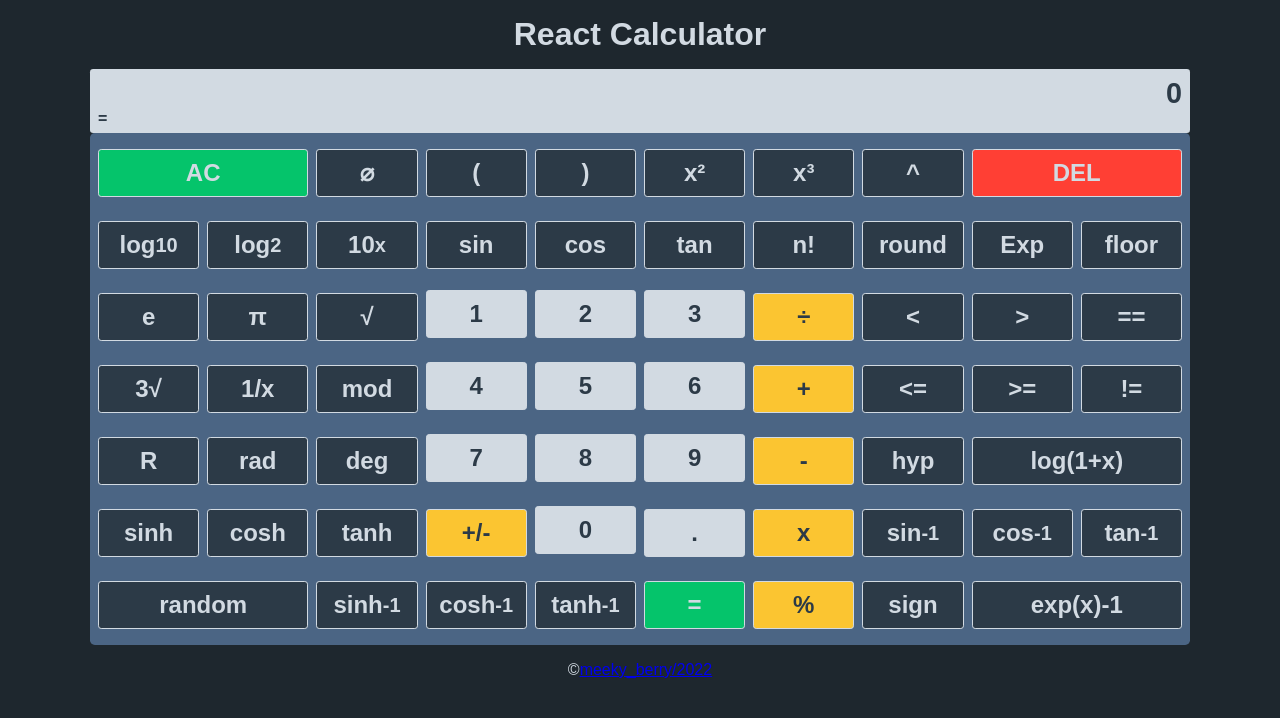
Repository: MikkyPrestige/calculator
Page: /
An editor plug-in stored every save of this project. The page is shown before and after the next save, followed by the edit.
The browser window is 1280 px wide. The pictures show the whole page.
The project was rebuilt for these pictures with package versions that can differ from the ones it lists, and the page was loaded fresh each time.

Above is the page before, as saved 2022-11-18 05:22:24.

### src/index.css
* {
  margin: 0;
  padding: 0;
  box-sizing: border-box;
}

body {
  font-family: 'Poppins', sans-serif;
  background: #1e272e;
}

.heading {
  color: #d2dae2;
  text-align: center;
  margin: 1rem;
}

.app-container {
  width: 100%;
  max-width: 1100px;
  margin: 1rem auto;
}

.display {
  background-color: #d2dae2;
  color: #2C3A47;
  height: 4rem;
  font-size: 1.8rem;
  font-weight: 700;
  display: flex;
  flex-direction: column;
  padding: .5rem;
  border-radius: .2rem;
}

.display-calc {
  display: flex;
  justify-content: flex-end;
  align-items: center;
}

.display-result {
  display: flex;
  justify-content: flex-start;
  align-items: center;
  font-size: 1rem;
  font-weight: 700;
}

.operators {
  display: grid;
  grid-template-columns: repeat(10, 1fr);
  grid-gap: .5rem;
  padding: .5rem;
  border-radius: .3rem;
  background-color: #4b6584;
  -webkit-border-radius: .3rem;
  -moz-border-radius: .3rem;
  -ms-border-radius: .3rem;
  -o-border-radius: .3rem;
}

.operator {
  background-color: #2C3A47;
  color: #d2dae2;
  font-size: 1.5rem;
  font-weight: 700;
  height: 3rem;
  display: flex;
  justify-content: center;
  align-items: center;
  border-radius: .2rem;
  border: 1px solid #d2dae2;
  margin: .5rem 0;
}

.operator:hover {
  background-color: #d2dae2;
  color: #2C3A47;
  cursor: pointer;
}

.operator:active {
  background-color: #2C3A47;
  color: #d2dae2;
}

.primary--operator {
  background-color: #fbc531;
  color: #2C3A47;
  font-size: 1.5rem;
  font-weight: 700;
  height: 3rem;
  display: flex;
  justify-content: center;
  align-items: center;
  border-radius: .2rem;
  border: 1px solid #d2dae2;
  margin: .5rem 0;
}
.digit {
  background-color: #d2dae2;
  color: #2C3A47;
  font-size: 1.5rem;
  font-weight: 700;
  height: 3rem;
  display: flex;
  justify-content: center;
  align-items: center;
  border-radius: .2rem;
  border: 1px solid #d2dae2;
  margin: .3rem 0;
}

.digit:hover {
  background-color: #2C3A47;
  color: #d2dae2;
  cursor: pointer;
}

.digit:active {
  background-color: #d2dae2;
  color: #2C3A47;
}

.clear {
  background-color: #05c46b;
  color: #d2dae2;
  grid-column: 1 / 3;
  grid-row: 1 / 2;
}

.clear:hover {
  background-color: #d2dae2;
  color: #05c46b;
}

.clear:active {
  background-color: #05c46b;
  color: #d2dae2;
}

.delete {
  background-color: #ff3f34;
  color: #d2dae2;
  grid-column: 9 / -1;
  grid-row: 1 / 2;
}

.delete:hover {
  background-color: #d2dae2;
  color: #ff3f34;
}

.delete:active {
  background-color: #ff3f34;
  color: #d2dae2;
}

.equalTo {
  background-color: #05c46b;
  color: #d2dae2;
  grid-column: 6 / 7;
  grid-row: 7 / 8;
}

.equal:hover {
  background-color: #d2dae2;
  color: #05c46b;
}

.equal:active {
  background-color: #05c46b;
  color: #d2dae2;
}

.divide {
  grid-column: 7 / 8;
  grid-row: 3 / 4;
}

.greater {
  grid-column: 8 / 9;
  grid-row: 3 / 4;
}

.less {
  grid-column: 9 / 10;
  grid-row: 3 / 4;
}

.equal {
  grid-column: 10 / 11;
  grid-row: 3 / 4;
}

.greaterTo {
  grid-column: 8 / 9;
  grid-row: 4 / 5;
}

.lessTo {
  grid-column: 9 / 10;
  grid-row: 4 / 5;
}

.notequal {
  grid-column: 10 / 11;
  grid-row: 4 / 5;
}

.plus {
  grid-column: 7 / 8;
  grid-row: 4 / 5;
}

.cubeRoot {
  grid-column: 1 / 2;
  grid-row: 4 / 5;
}

.reciprocal {
  grid-column: 2 / 3;
  grid-row: 4 / 5;
}

.modulo {
  grid-column: 3 / 4;
  grid-row: 4 / 5;
}

.radius {
  grid-column: 1 / 2;
  grid-row: 5 / 6;
}

.radian {
  grid-column: 2 / 3;
  grid-row: 5 / 6;
}

.degree {
  grid-column: 3 / 4;
  grid-row: 5 / 6;
}

.minus {
  grid-column: 7 / 8;
  grid-row: 5 / 6;
}

.hyp {
  grid-column: 8 / 9;
  grid-row: 5 / 6;
}

.log {
  grid-column: 9 / 11;
  grid-row: 5 / 6;
}

.sinH {
  grid-column: 1 / 2;
  grid-row: 6 / 7;
}

.cosH {
  grid-column: 2 / 3;
  grid-row: 6 / 7;
}

.tanH {
  grid-column: 3 / 4;
  grid-row: 6 / 7;
}

.random {
  grid-column: 1 / 3;
  grid-row: 7 / 8;
}

.exp {
  grid-column: 9 / -1;
  grid-row: 7 / 8;
}

.dot {
  grid-column: 6 / 7;
  grid-row: 6 / 7;
  background-color: #d2dae2;
  color: #2C3A47;
}

.dot:hover {
  background-color: #2C3A47;
  color: #d2dae2;
}

.dot:active {
  background-color: #d2dae2;
  color: #2C3A47;
}

.percentage {
  grid-column: 7 / 8;
  grid-row: 7 / 8;
}

.attribution {
  color: #d2dae2;
  text-align: center;
}

Loaded but not shown: public/index.html (common file); src/index.js (common file); src/App.js (755 lines, source omitted)

After the next save:
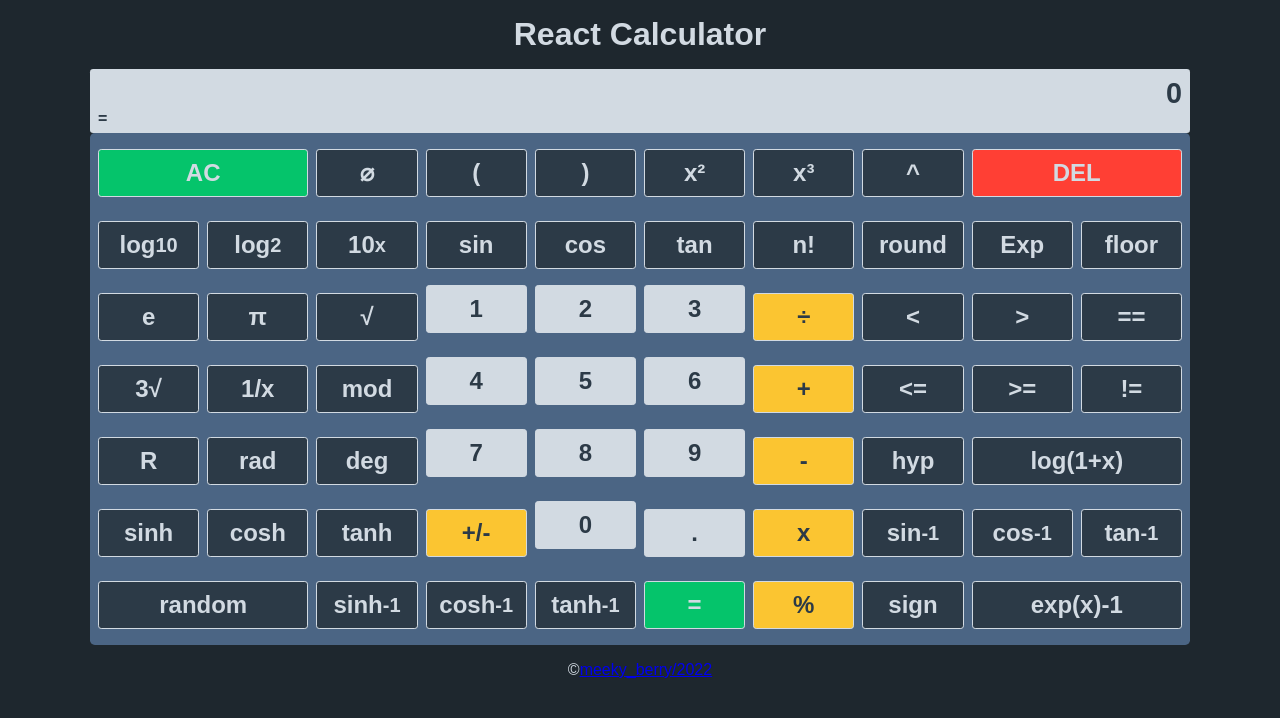
Saved 6 s later.
--- a/src/index.css
+++ b/src/index.css
@@ -109,7 +109,7 @@ body {
   align-items: center;
   border-radius: .2rem;
   border: 1px solid #d2dae2;
-  margin: .3rem 0;
+  /* margin: .3rem 0; */
 }
 
 .digit:hover {
